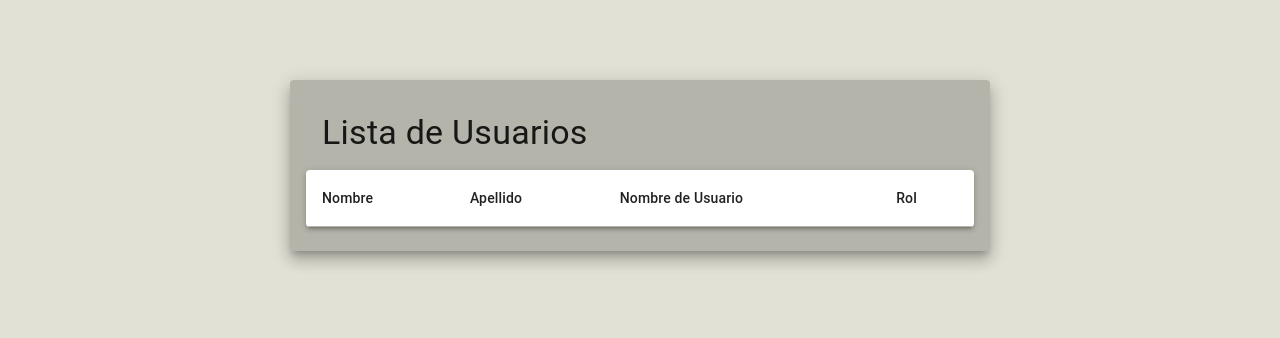
Repository: Mpablom/usuarioCaC-integrador-final-front
Page: /usuarios
An editor plug-in stored every save of this project. The page is shown before and after the next save, followed by the edit.
The browser window is 1280 px wide. The pictures show the whole page.
The page's requests for data from a server got no answer. The project was rebuilt for these pictures with package versions that can differ from the ones it lists, and the page was loaded fresh each time. No one was signed in, and anything a server would have sent is missing. Also part of the build but not shown: vite.config.ts, src/components/Login.tsx.

Above is the page before, as saved 2024-07-11 00:16:48.

After the next save:
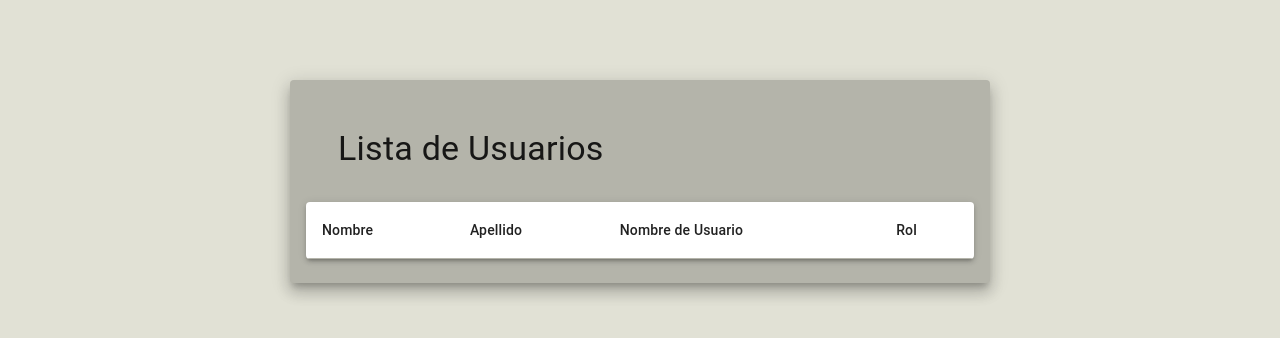
Saved 7 s later.
--- a/src/components/UsuariosTable.tsx
+++ b/src/components/UsuariosTable.tsx
@@ -34,7 +34,7 @@ const UsuariosTable: React.FC = () => {
   return (
     <Card sx={{ maxWidth: 700, margin: "auto", boxShadow:'10', mt: 10, bgcolor:"#B4B4AA" }}>
       <CardContent>
-         <Typography variant="h4" component="h1" p={2}>
+         <Typography variant="h4" component="h1" p={4}>
           Lista de Usuarios
         </Typography>
         <TableContainer component={Paper} sx={{ boxShadow:'3' }}>
